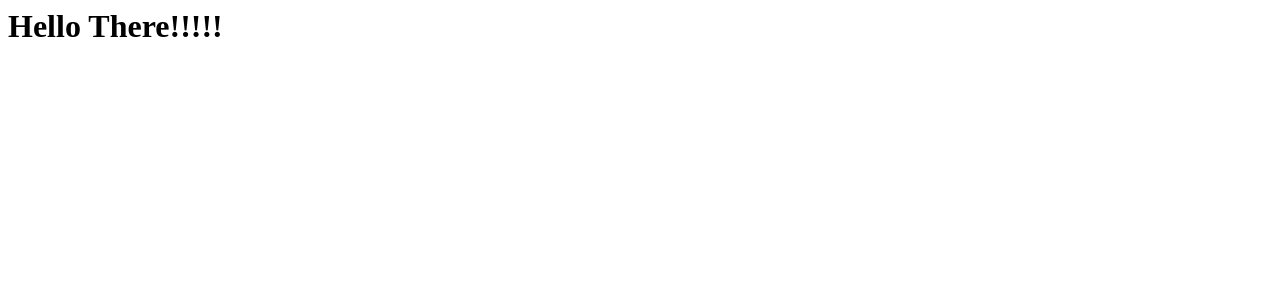
Repository: Baynuts/flask-chat
Page: http://localhost/
The author's editor kept a record of every edit. The page is drawn from the files as they stood at one moment, then again after the next edit.
The browser window is 1280 px wide. The pictures show the whole page.
The page is served by the project's application, run on Flask 3 (run.py).

Above is the page before.

### run.py
import os
from flask import Flask

app = Flask(__name__)

@app.route("/")
def index():
    return "<h1>Hello There!!!!!</h1>"

app.run(host=os.getenv("IP"), port=int(os.getenv("PORT")), debug=True)




import os
from flask import Flask

app = Flask(__name__)


@app.route("/")
def index():
    return "<h1>Hello There</h1>"


if __name__ =="__main__":
    app.run(host=os.getenv("IP"),
       port=int(os.getenv("PORT")),
       debug=True)

### templates/index.html
<html>
    <head>
        <title>Home Page</title>
    </head>



    <body>
        <form method="POST">
            <label for="username">Username:</label>
            <input type="text" id="username" name="username">
            <button>Go to chat!</button>
        </form>
    </body>


</html>

After the next edit:
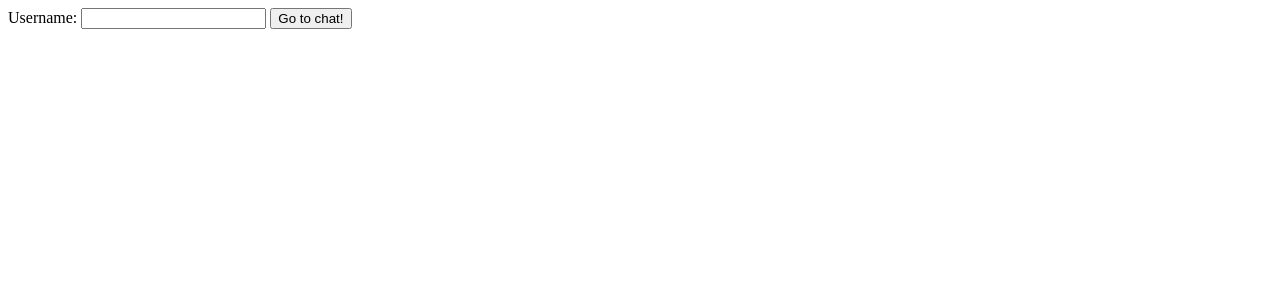
The edit:
--- a/run.py
+++ b/run.py
@@ -1,29 +1,43 @@
 import os
-from flask import Flask
+from datetime import datetime
+from flask import Flask, redirect, render_template, request, session, url_for
+
 
 app = Flask(__name__)
-
-@app.route("/")
-def index():
-    return "<h1>Hello There!!!!!</h1>"
-
-app.run(host=os.getenv("IP"), port=int(os.getenv("PORT")), debug=True)
+app.secret_key = "randomstring123"
+messages = []
 
 
+def add_message(username, message):
+    """Add messages to the `messages` list"""
+    now = datetime.now().strftime("%H:%M:%S")
+    messages.append({"timestamp": now, "from": username, "message": message})
 
 
-import os
-from flask import Flask
+@app.route("/", methods=["GET", "POST"])
+def index():
+    """Main page with instructions"""
+    if request.method == "POST":
+        session["username"] = request.form["username"]
 
-app = Flask(__name__)
+    if "username" in session:
+        return redirect(url_for("user", username=session["username"]))
+
+    return render_template("index.html")
 
 
-@app.route("/")
-def index():
-    return "<h1>Hello There</h1>"
+@app.route("/chat/<username>", methods=["GET", "POST"])
+def user(username):
+    """Add and display chat messages"""
+    if request.method == "POST":
+        username = session["username"]
+        message = request.form["message"]
+        add_message(username, message)
+        return redirect(url_for("user", username=session["username"]))
+
+    return render_template("chat.html", username=username,
+                           chat_messages=messages)
 
 
-if __name__ =="__main__":
-    app.run(host=os.getenv("IP"),
-       port=int(os.getenv("PORT")),
-       debug=True)
+app.run(host=os.getenv("IP", "0.0.0.0"),
+        port=int(os.getenv("PORT", "5000")), debug=False)
